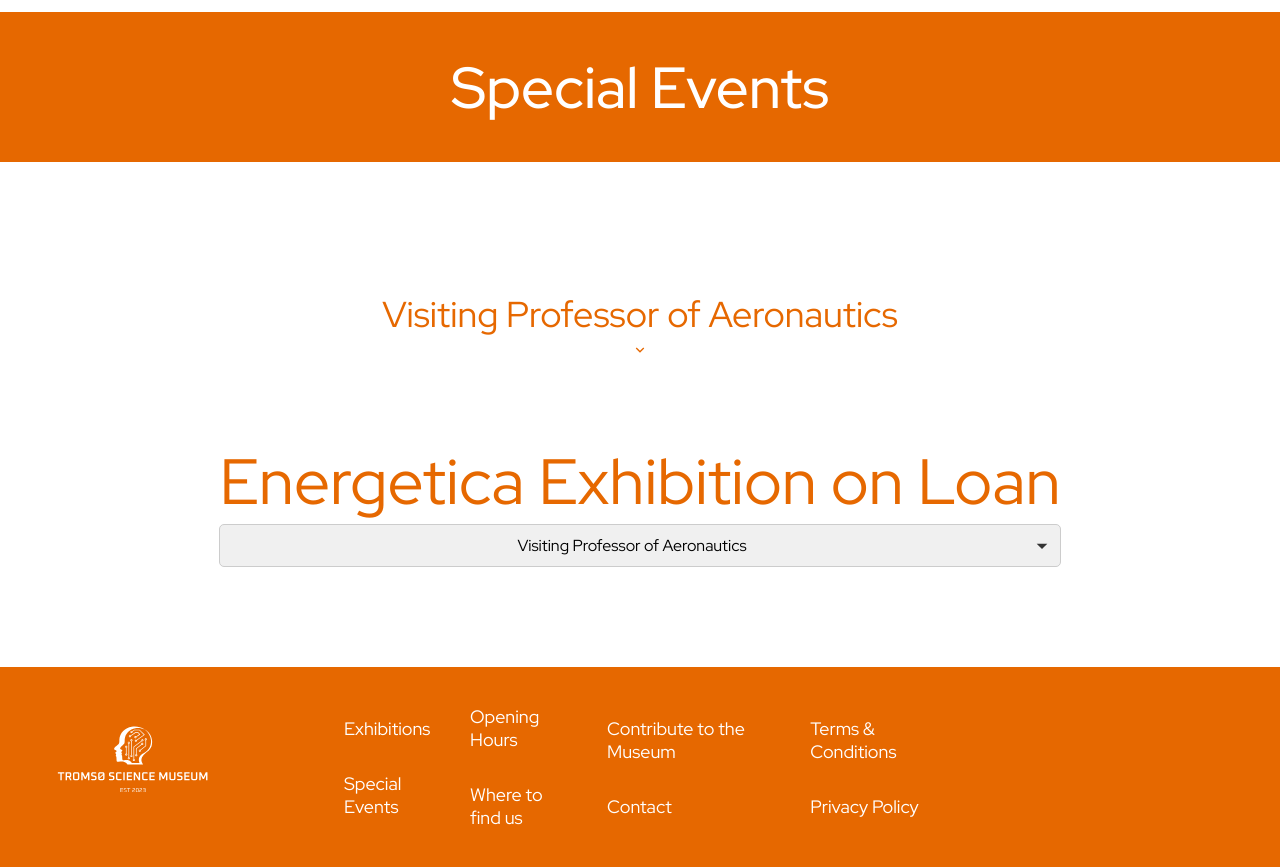
Repository: benjaminskarding/Semester-Project
Page: index.html
An editor plug-in stored every save of this project. The page is shown before and after the next save, followed by the edit.
The browser window is 1280 px wide. The pictures show the part of the page from y = 5117 to 5984 px (the page is 5984 px tall).
A picture or video elsewhere on the page could not be fetched, so the positions and the page height are approximate.

Above is the page before, as saved 2023-12-04 12:45:12.

After the next save:
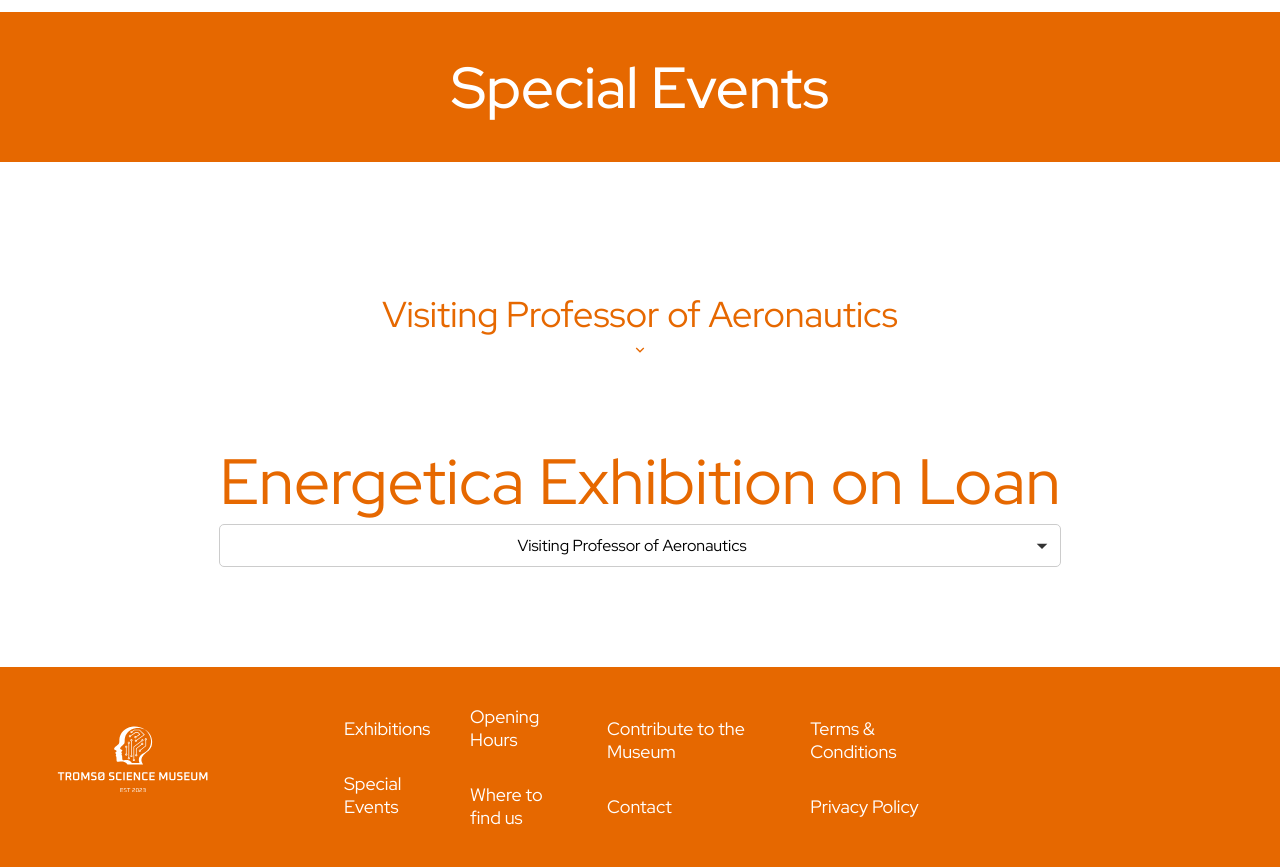
Saved 5 s later.
--- a/src/css/index.css
+++ b/src/css/index.css
@@ -410,7 +410,6 @@ h4 {
     cursor: pointer;
     display: block; /* Makes the label a block element to occupy full width */
     padding: 10px; /* Adds some padding for better clickability */
-    background-color: #f0f0f0; /* Gives a distinct background color */
     border: 1px solid #ccc; /* Borders to distinguish the clickable area */
     border-radius: 5px; /* Slight rounding of corners for aesthetics */
     transition: background-color 0.3s ease; /* Smooth background color transition */
